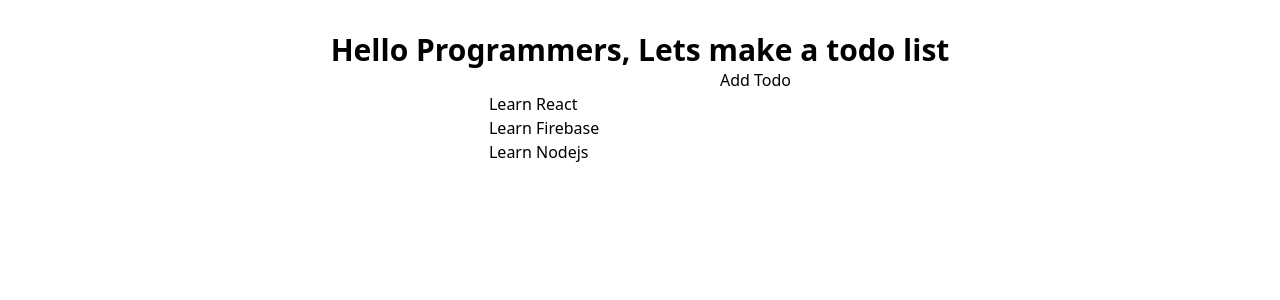
Repository: Shamraiz761/todo_list
Page: /
An editor plug-in stored every save of this project. The page is shown before and after the next save, followed by the edit.
The browser window is 1280 px wide. The pictures show the whole page.
The project was rebuilt for these pictures with package versions that can differ from the ones it lists, and the page was loaded fresh each time. Also part of the build but not shown: vite.config.js.

Above is the page before, as saved 2024-01-11 22:35:32.

### src/App.jsx
import { useState } from "react";

function App() {
  const [todo, setTodo] = useState([
    "Learn React",
    "Learn Firebase",
    "Learn Nodejs",
  ]);
  const [input, setInput] = useState("");
  const addTodo = (e) => {
    e.preventDefault();
    setTodo([...todo, input]);
    setInput("");
  };

  return (
    <div className="m-5 p-3 ">
      <h1 className="text-3xl font-bold  text-center">
        Hello Programmers, Lets make a todo list
      </h1>
      <div className="flex justify-center items-center">
        <div>
          <form>
            <input
              type="text"
              value={input}
              onChange={(e) => {
                setInput(e.target.value);
              }}
            />
            <button onClick={addTodo}>Add Todo</button>
          </form>
          <ul>
            {todo.map((item, index) => {
              return <li key={index}>{item}</li>;
            })}
          </ul>
        </div>
      </div>
    </div>
  );
}

export default App;

Loaded but not shown: index.html (common file); src/main.jsx (common file); src/index.css (common file); tailwind.config.js (common file)

After the next save:
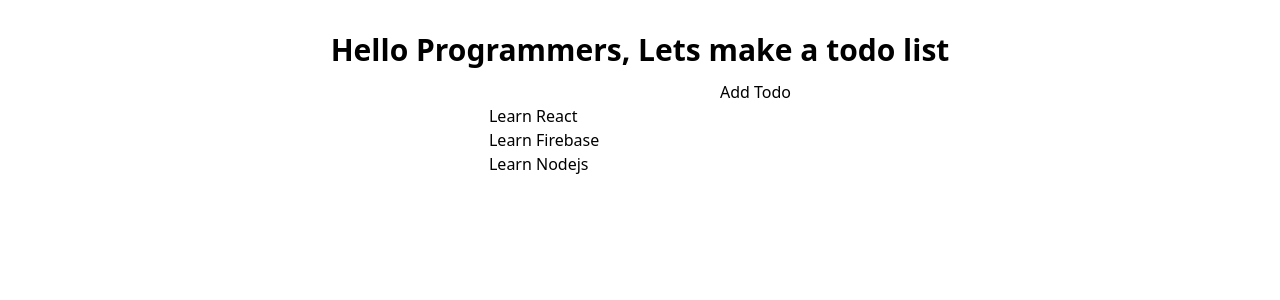
Saved 14 s later.
--- a/src/App.jsx
+++ b/src/App.jsx
@@ -18,7 +18,7 @@ function App() {
       <h1 className="text-3xl font-bold  text-center">
         Hello Programmers, Lets make a todo list
       </h1>
-      <div className="flex justify-center items-center">
+      <div className="flex justify-center items-center my-3">
         <div>
           <form>
             <input
